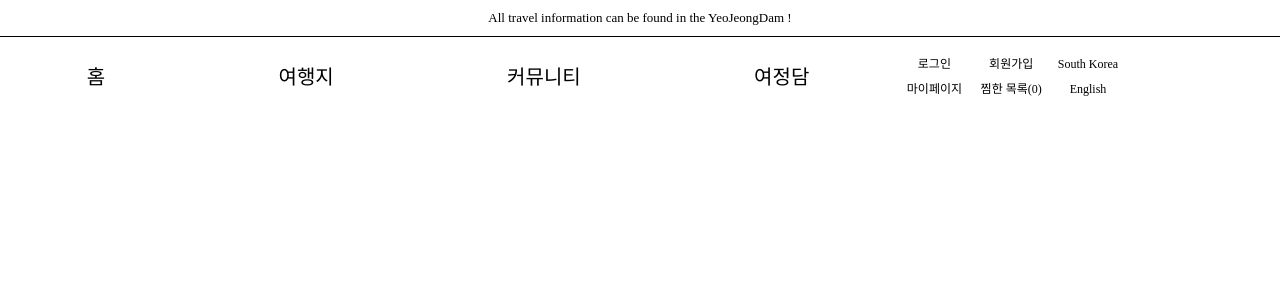
Repository: gaeunlee95/semi
Page: http://localhost/semi/main.jsp
The author's editor kept a copy of each file at every save. The page is drawn from the files as they stood at one save, then again after the next save.
The browser window is 1280 px wide. The pictures show the whole page.
The page is served by Tomcat 9.

Above is the page before, as saved 2023-12-06 17:37:39.

After the next save:
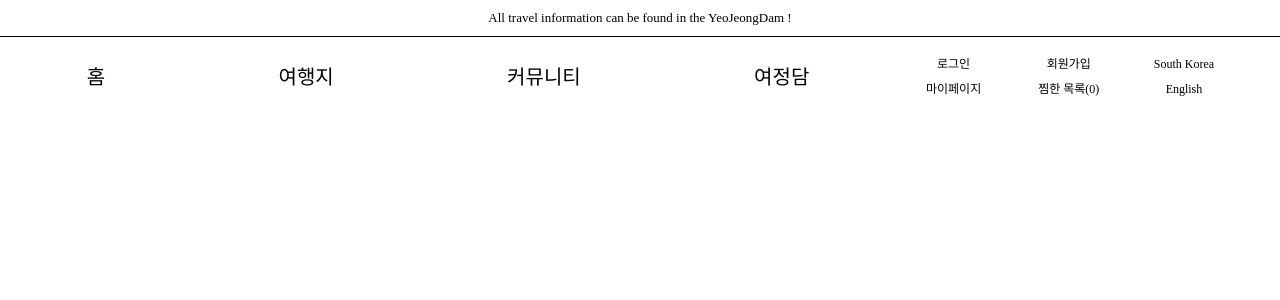
Saved 18 s later.
--- a/semi/src/main/webapp/resources/css/style.css
+++ b/semi/src/main/webapp/resources/css/style.css
@@ -47,7 +47,7 @@ header #sideMenu ul{
 }
 header #sideMenu li{
 	font-size: 12px;
-	width: 20%;
+	width: 30%;
 }
 header #sideMenu li a{
 	display:flex;
